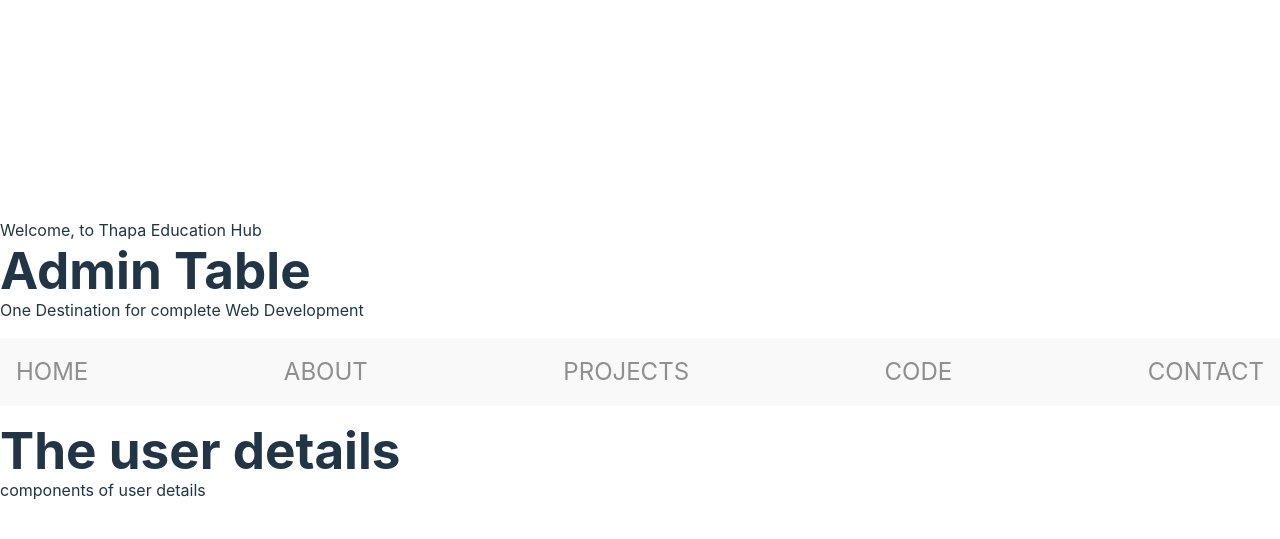
Repository: suraj-yadav7/employeeData-redux
Page: /
These files come from the project's save history. The page is drawn as it stood at one moment and after the next save; the edit follows.
The browser window is 1280 px wide. The pictures show the whole page.
The project was rebuilt for these pictures with package versions that can differ from the ones it lists, and the page was loaded fresh each time. Also part of the build but not shown: vite.config.js.

Above is the page before, as saved 2023-05-10 11:53:28.

After the next save:
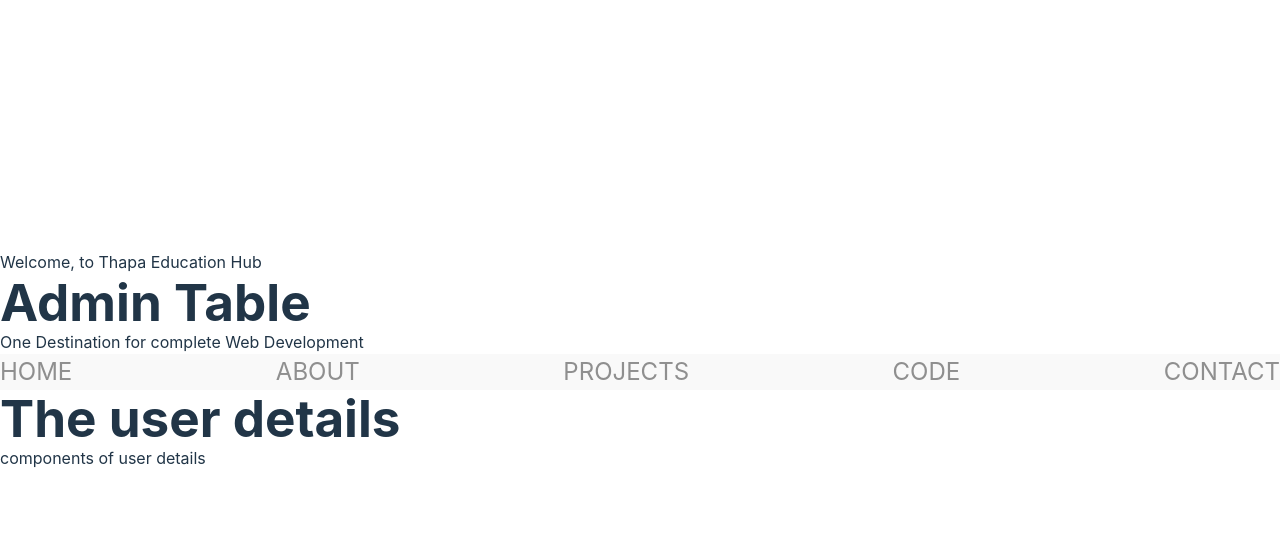
Saved 84 s later.
--- a/src/App.css
+++ b/src/App.css
@@ -1,6 +1,6 @@
 *{
   padding: 0;
-  margin: 0;
+  margin: 0 !important;
   box-sizing: border-box;
   list-style: none;
 }
